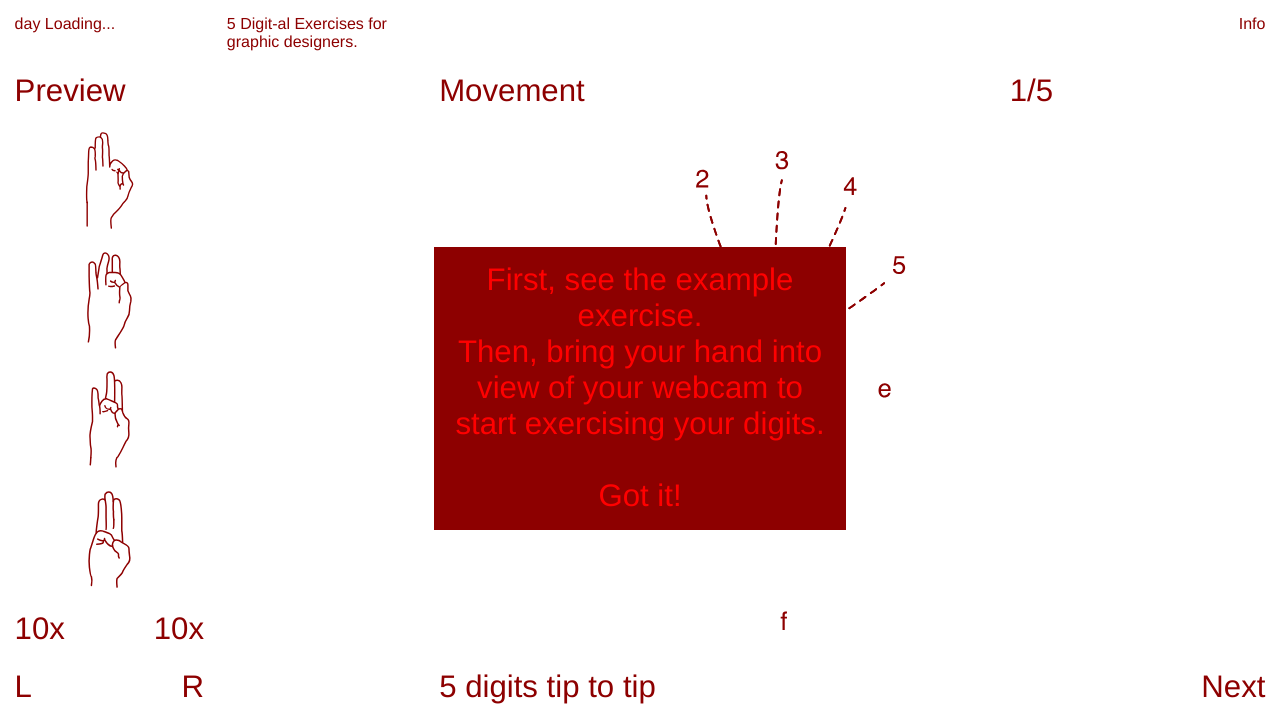
Repository: NoIdeasStudio/holiday-card-2024
Page: movements.html
An editor plug-in stored every save of this project. The page is shown before and after the next save, followed by the edit.
The browser window is 1280 px wide. The pictures show the whole page.

Above is the page before, as saved 2024-12-12 16:31:17.

After the next save:
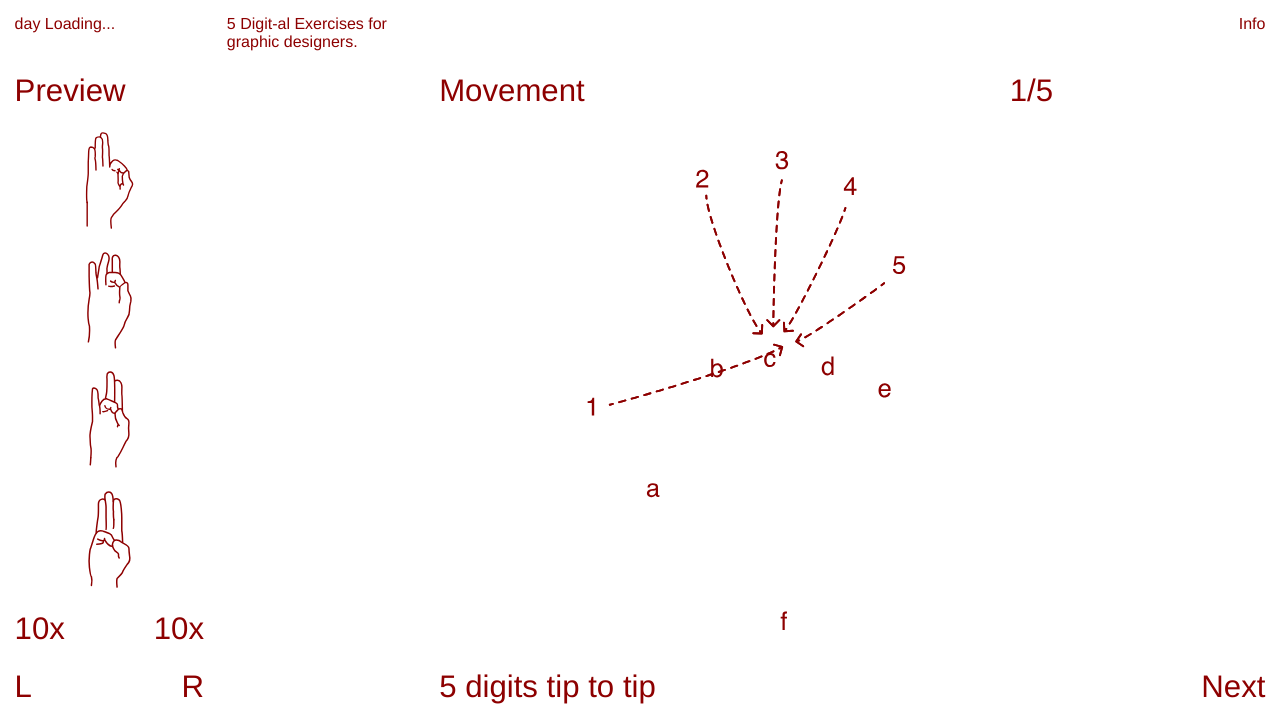
Saved 7 s later.
--- a/movements.html
+++ b/movements.html
@@ -9,8 +9,6 @@
 <body>
 
     <div class="wrapper">
-
-        <div class="large-text-light popup">First, see the example exercise. <br> Then, bring your hand into view of your webcam to start exercising your digits. <br><br><span id="got-it">Got it!</span></div>
 
         <header class="small-text header-1">day <span id="day-counter">Loading...</span></header>
         <header class="small-text header-2">5 Digit-al Exercises for graphic designers.</header>
